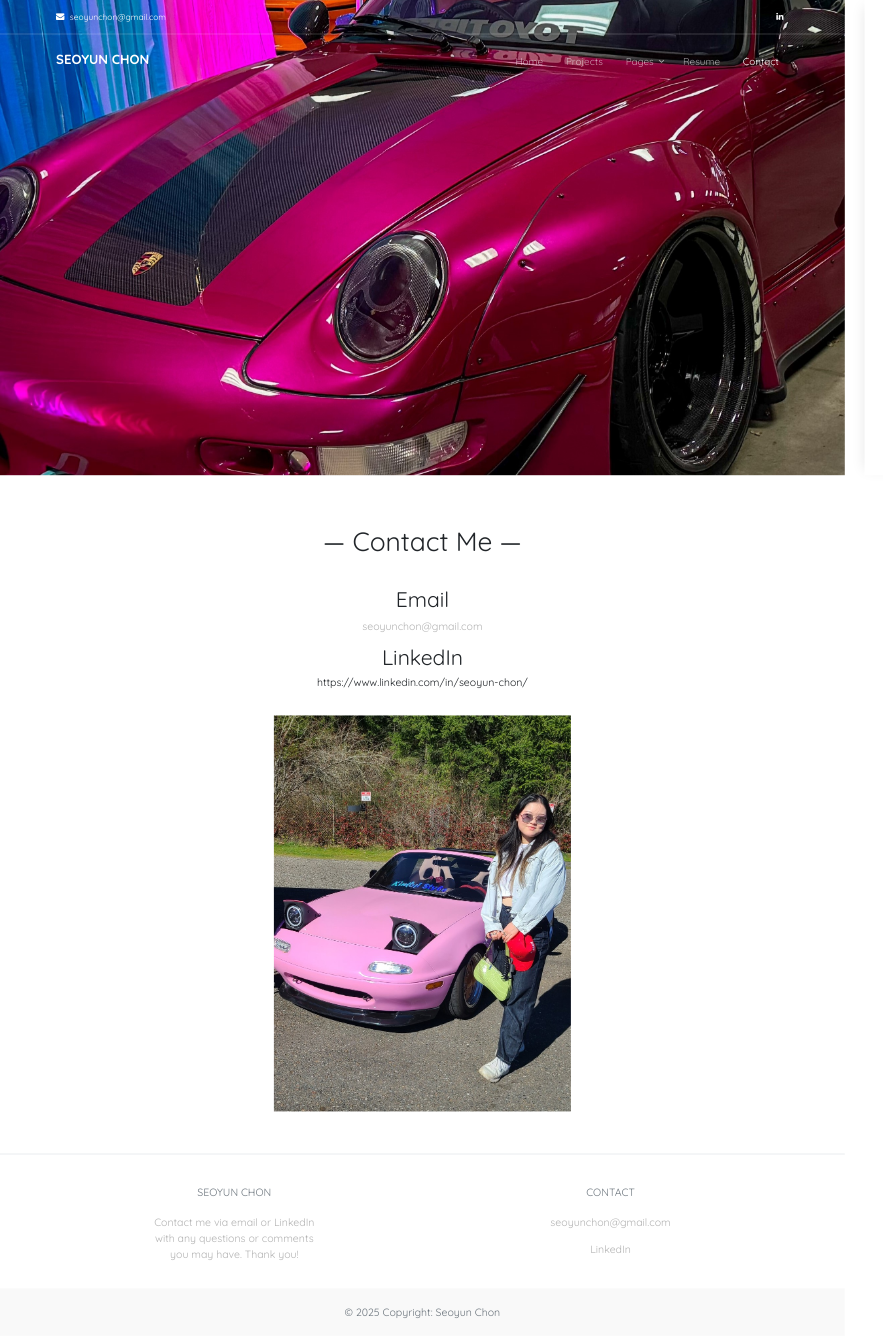
Repository: schon02/seoyun-chon-portfolio
Page: contact_page.html
These files come from the project's save history. The page is drawn as it stood at one moment and after the next save; the edit follows.
The browser window is 1280 px wide. The page is 1338 px wide, so the pictures cover 1338 px, including what lies to the right of the window. The pictures show the whole page, at 66% of full size.

Above is the page before, as saved 2025-01-26 19:57:42.

### contact_page.html
<!DOCTYPE html>
<html>
    <head>
        <!-- <link href="style.css" rel="stylesheet" /> -->
        <!-- Required meta tags -->
        <meta charset="utf-8">
        <meta name="viewport" content="width=device-width, initial-scale=1, shrink-to-fit=no">

        <link href="https://fonts.googleapis.com/css?family=Quicksand:400,600,700&display=swap" rel="stylesheet">

        <link rel="stylesheet" href="fonts/icomoon/style.css">

        <link rel="stylesheet" href="css/owl.carousel.min.css">

        <!-- Bootstrap CSS -->
        <link rel="stylesheet" href="css/bootstrap.min.css">

        <!-- Style -->
        <link rel="stylesheet" href="css/style.css">

        <title>Contact Page</title>
    </head>

    <body>
        <!-- <header>
            <nav>
                <ul>
                    <li><a href="index.html">Home</a></li>
                    <li><a href="services_page.html">Services</a></li>
                    <li><a class="active" href="contact_page.html">Contact</a></li>
                </ul>
            </nav>
        </header> -->


        <div class="site-mobile-menu site-navbar-target">
            <div class="site-mobile-menu-header">
              <div class="site-mobile-menu-close mt-3">
                <span class="icon-close2 js-menu-toggle"></span>
              </div>
            </div>
            <div class="site-mobile-menu-body"></div>
          </div> <!-- .site-mobile-menu -->

        <div class="site-navbar-wrap">
            <div class="site-navbar-top">
              <div class="container py-3">
                <div class="row align-items-center">
                  <div class="col-6">
                    <div class="d-flex mr-auto">
                      <a href="#" class="d-flex align-items-center mr-4">
                        <span class="icon-envelope mr-2"></span>
                        <span class="d-none d-md-inline-block">seoyunchon@gmail.com</span>
                      </a>
                      <!-- <a href="#" class="d-flex align-items-center mr-auto">
                        <span class="icon-phone mr-2"></span>
                        <span class="d-none d-md-inline-block">+1 234 4567 8910</span>
                      </a> -->
                    </div>
                  </div>
                  <div class="col-6 text-right">
                    <div class="mr-auto">
                      <!-- <a href="#" class="p-2 pl-0"><span class="icon-twitter"></span></a> -->
                      <!-- <a href="#" class="p-2 pl-0"><span class="icon-facebook"></span></a> -->
                      <a href="https://www.linkedin.com/in/seoyun-chon/" class="p-2 pl-0"><span class="icon-linkedin"></span></a>
                      <!-- <a href="#" class="p-2 pl-0"><span class="icon-instagram"></span></a> -->
                    </div>

                  </div>
                </div>
              </div>
            </div>

            <div class="site-navbar site-navbar-target js-sticky-header">
              <div class="container">
                <div class="row align-items-center">
                  <div class="col-2">
                    <h1 class="my-0 site-logo"><a href="index.html">Seoyun&nbsp;Chon</a></h1>
                  </div>
                  <div class="col-10">
                    <nav class="site-navigation text-right" role="navigation">
                      <div class="container">
                        <div class="d-inline-block d-lg-none ml-md-0 mr-auto py-3"><a href="#" class="site-menu-toggle js-menu-toggle text-white"><span class="icon-menu h3"></span></a></div>

                        <ul class="site-menu main-menu js-clone-nav d-none d-lg-block">
                          <li><a href="index.html" class="nav-link">Home</a></li>
                          <li><a href="projects_page.html" class="nav-link">Projects</a></li>
                          <li class="has-children">
                            <a href="#" class="nav-link">Pages</a>
                            <ul class="dropdown arrow-top">
                              <li><a href="#" class="nav-link">Team</a></li>
                              <li><a href="#" class="nav-link">Pricing</a></li>
                              <li><a href="#" class="nav-link">FAQ</a></li>
                              <li class="has-children">
                                <a href="#">More Links</a>
                                <ul class="dropdown">
                                  <li><a href="#">Menu One</a></li>
                                  <li><a href="#">Menu Two</a></li>
                                  <li><a href="#">Menu Three</a></li>
                                </ul>
                              </li>
                            </ul>
                          </li>
                          <!-- <li><a href="#about-section" class="nav-link">About</a></li> -->
                          <li><a href="resume_page.html" class="nav-link">Resume</a></li>
                          <!-- <li><a href="#gallery-section" class="nav-link">Gallery</a></li> -->
                          <li class="active"><a href="contact_page.html" class="active">Contact</a></li>
                        </ul>
                      </div>
                    </nav>
                  </div>
                </div>
              </div>
            </div>
          </div>

          <div class="hero" style="background-image: url('images/rwb.JPG');"></div>

        <!-- <div class="contactImage">
            <div class="welcomeText">
                <h1>Contact</h1>
            </div>
        </div> -->

        <div class="text-center" style="padding-top: 2cm;">
            <h1>— Contact Me —</h1>
            <h2 style="padding-top: 1cm;">Email</h2>
            <p>seoyunchon@gmail.com</p>
            <h2>LinkedIn</h2>
            <a href="https://www.linkedin.com/in/seoyun-chon/" class="text-reset"> https://www.linkedin.com/in/seoyun-chon/ </a>
            <!-- <h2>Order-Specific Emails</h2>
            <p>orders@domain.com</p>
            <p>returns@domain.com</p> -->
            <p><img src="images/pink_miata.JPEG"
                 style="width:450px; padding-top: 1cm;"></p>
        </div>

    <script src="js/jquery-3.3.1.min.js"></script>
    <script src="js/popper.min.js"></script>
    <script src="js/bootstrap.min.js"></script>
    <script src="js/jquery.sticky.js"></script>
    <script src="js/main.js"></script>

    </body>


<!-- Footer -->
<footer class="text-center text-lg-start bg-white text-muted">

  <section class="d-flex justify-content-center justify-content-lg-between p-4 border-bottom">
  </section>

  <!-- Section: Links  -->
  <section class="">
    <div class="container text-center text-md-start mt-5">
      <!-- Grid row -->
      <div class="row mt-3">
        <!-- Grid column -->
        <div class="col-md-3 col-lg-4 col-xl-3 mx-auto mb-4">
          <!-- Content -->
          <h6 class="text-uppercase fw-bold mb-4">
            <i class="fas fa-gem me-3 text-secondary"></i>Seoyun Chon
          </h6>
          <p>
            Contact me via email or LinkedIn with any questions or comments you may have. Thank you!
          </p>
        </div>
        <!-- Grid column -->

        <!-- Grid column -->
        <div class="col-md-4 col-lg-3 col-xl-3 mx-auto mb-md-0 mb-4">
          <!-- Links -->
          <h6 class="text-uppercase fw-bold mb-4">Contact</h6>
          <p><i class="fas fa-home me-3 text-secondary"></i> seoyunchon@gmail.com</p>
          <p>
            <i class="fas fa-envelope me-3 text-secondary"></i>
            <a href="https://www.linkedin.com/in/seoyun-chon/" class="text-reset"> LinkedIn </a>
          </p>
        </div>
        <!-- Grid column -->
      </div>
      <!-- Grid row -->
    </div>
  </section>
  <!-- Section: Links  -->

  <!-- Copyright -->
  <div class="text-center p-4" style="background-color: rgba(0, 0, 0, 0.025);">
    © 2025 Copyright:
    <a class="text-reset fw-bold" href="https://mdbootstrap.com/">Seoyun Chon</a>
  </div>
  <!-- Copyright -->
</footer>
<!-- Footer -->


</html>

### css/style.css
body {
  font-family: "Quicksand", -apple-system, BlinkMacSystemFont, "Segoe UI", Roboto, "Helvetica Neue", Arial, "Noto Sans", sans-serif, "Apple Color Emoji", "Segoe UI Emoji", "Segoe UI Symbol", "Noto Color Emoji";
  background-color: #fff;
  height: 200vh;
  position: relative; }
  body:before {
    content: "";
    position: absolute;
    top: 0;
    left: 0;
    right: 0;
    bottom: 0;
    background: rgba(0, 0, 0, 0.5);
    -webkit-transition: .3s all ease;
    -o-transition: .3s all ease;
    transition: .3s all ease;
    opacity: 0;
    visibility: hidden;
    z-index: 1; }
  body.offcanvas-menu:before {
    opacity: 1;
    z-index: 1002;
    visibility: visible; }

p {
  color: #b3b3b3;
  font-weight: 300; }

h1, h2, h3, h4, h5, h6,
.h1, .h2, .h3, .h4, .h5, .h6 {
  font-family: "Quicksand", -apple-system, BlinkMacSystemFont, "Segoe UI", Roboto, "Helvetica Neue", Arial, "Noto Sans", sans-serif, "Apple Color Emoji", "Segoe UI Emoji", "Segoe UI Symbol", "Noto Color Emoji"; }

h5 {
  margin: 0 auto; /* center element horizontally */
  text-align: center;
  width: 60%;
  color: #666;
  /* overflow: hidden; */
  /* text-overflow: ellipsis; */
  /* white-space: nowrap; */
  /* background:#666; */
}

a {
  -webkit-transition: .3s all ease;
  -o-transition: .3s all ease;
  transition: .3s all ease; }
  a, a:hover {
    text-decoration: none !important; }

.hero {
  height: 100vh;
  width: 100%;
  background-size: cover;
  background-position: center center;
  background-repeat: no-repeat; }

.site-navbar-wrap {
  position: absolute;
  z-index: 99;
  width: 100%;
  left: 0; }
  .site-navbar-wrap a {
    color: #fff; }
  .site-navbar-wrap .site-navbar-top {
    font-size: 0.8rem; }

.site-navbar-top {
  border-bottom: 1px solid rgba(255, 255, 255, 0.4); }

.site-navbar {
  margin-bottom: 0px;
  width: 100%; }
  .site-navbar .site-logo {
    font-weight: 200;
    line-height: 0;
    top: -7px;
    position: relative; }
    .site-navbar .site-logo a {
      font-weight: 200;
      color: #fff;
      font-size: 20px;
      font-weight: bold;
      text-transform: uppercase; }
  .site-navbar .site-navigation .site-menu {
    margin-bottom: 0; }
    .site-navbar .site-navigation .site-menu a {
      text-decoration: none !important;
      display: inline-block;
      font-weight: 500; }
    .site-navbar .site-navigation .site-menu > li {
      display: inline-block;
      padding: 10px 5px; }
      .site-navbar .site-navigation .site-menu > li > a {
        padding: 20px 10px;
        color: rgba(255, 255, 255, 0.6);
        font-size: 15px;
        text-decoration: none !important; }
        .site-navbar .site-navigation .site-menu > li > a.active {
          color: #fff; }
        .site-navbar .site-navigation .site-menu > li > a:hover {
          color: #fff; }
      .site-navbar .site-navigation .site-menu > li:last-child {
        padding-right: 0; }
        .site-navbar .site-navigation .site-menu > li:last-child > a {
          padding-right: 0; }
    .site-navbar .site-navigation .site-menu .has-children {
      position: relative; }
      .site-navbar .site-navigation .site-menu .has-children > a {
        position: relative;
        padding-right: 20px; }
        .site-navbar .site-navigation .site-menu .has-children > a:before {
          position: absolute;
          content: "\e313";
          font-size: 16px;
          top: 50%;
          right: 0;
          -webkit-transform: translateY(-50%);
          -ms-transform: translateY(-50%);
          transform: translateY(-50%);
          font-family: 'icomoon'; }
      .site-navbar .site-navigation .site-menu .has-children .dropdown {
        visibility: hidden;
        opacity: 0;
        top: 100%;
        position: absolute;
        text-align: left;
        -webkit-box-shadow: 0 0px 4px 0px rgba(0, 0, 0, 0.25);
        box-shadow: 0 0px 4px 0px rgba(0, 0, 0, 0.25);
        padding: 0px 0;
        margin-top: 20px;
        margin-left: 0px;
        background: #fff;
        -webkit-transition: 0.2s 0s;
        -o-transition: 0.2s 0s;
        transition: 0.2s 0s;
        border-radius: 4px; }
        .site-navbar .site-navigation .site-menu .has-children .dropdown.arrow-top {
          position: absolute; }
          .site-navbar .site-navigation .site-menu .has-children .dropdown.arrow-top:before {
            bottom: 100%;
            left: 20%;
            border: solid transparent;
            content: " ";
            height: 0;
            width: 0;
            position: absolute;
            pointer-events: none; }
          .site-navbar .site-navigation .site-menu .has-children .dropdown.arrow-top:before {
            border-color: rgba(136, 183, 213, 0);
            border-bottom-color: #fff;
            border-width: 10px;
            margin-left: -10px; }
        .site-navbar .site-navigation .site-menu .has-children .dropdown a {
          font-size: 14px;
          text-transform: none;
          letter-spacing: normal;
          -webkit-transition: 0s all;
          -o-transition: 0s all;
          transition: 0s all;
          color: #343a40; }
          .site-navbar .site-navigation .site-menu .has-children .dropdown a.active {
            color: black; }
        .site-navbar .site-navigation .site-menu .has-children .dropdown .active > a {
          color: #fff !important; }
        .site-navbar .site-navigation .site-menu .has-children .dropdown > li {
          list-style: none;
          padding: 0;
          margin: 0;
          min-width: 200px; }
          .site-navbar .site-navigation .site-menu .has-children .dropdown > li:first-child > a {
            border-top-left-radius: 4px;
            border-top-right-radius: 4px; }
          .site-navbar .site-navigation .site-menu .has-children .dropdown > li:last-child > a {
            border-bottom-left-radius: 4px;
            border-bottom-right-radius: 4px; }
          .site-navbar .site-navigation .site-menu .has-children .dropdown > li > a {
            padding: 9px 20px;
            display: block; }
            .site-navbar .site-navigation .site-menu .has-children .dropdown > li > a:hover {
              background: #ebeef0;
              color: #212529; }
          .site-navbar .site-navigation .site-menu .has-children .dropdown > li.has-children > a:before {
            content: "\e315";
            right: 20px; }
          .site-navbar .site-navigation .site-menu .has-children .dropdown > li.has-children > .dropdown, .site-navbar .site-navigation .site-menu .has-children .dropdown > li.has-children > ul {
            left: 100%;
            top: 0; }
          .site-navbar .site-navigation .site-menu .has-children .dropdown > li.has-children:hover > a, .site-navbar .site-navigation .site-menu .has-children .dropdown > li.has-children:active > a, .site-navbar .site-navigation .site-menu .has-children .dropdown > li.has-children:focus > a {
            background: #ebeef0;
            color: #212529; }
      .site-navbar .site-navigation .site-menu .has-children:hover > a, .site-navbar .site-navigation .site-menu .has-children:focus > a, .site-navbar .site-navigation .site-menu .has-children:active > a {
        color: #fff; }
      .site-navbar .site-navigation .site-menu .has-children:hover, .site-navbar .site-navigation .site-menu .has-children:focus, .site-navbar .site-navigation .site-menu .has-children:active {
        cursor: pointer; }
        .site-navbar .site-navigation .site-menu .has-children:hover > .dropdown, .site-navbar .site-navigation .site-menu .has-children:focus > .dropdown, .site-navbar .site-navigation .site-menu .has-children:active > .dropdown {
          -webkit-transition-delay: 0s;
          -o-transition-delay: 0s;
          transition-delay: 0s;
          margin-top: 0px;
          visibility: visible;
          opacity: 1; }

.site-mobile-menu {
  width: 300px;
  position: fixed;
  right: 0;
  z-index: 2000;
  padding-top: 20px;
  background: #fff;
  height: calc(100vh);
  -webkit-transform: translateX(110%);
  -ms-transform: translateX(110%);
  transform: translateX(110%);
  -webkit-box-shadow: -10px 0 20px -10px rgba(0, 0, 0, 0.1);
  box-shadow: -10px 0 20px -10px rgba(0, 0, 0, 0.1);
  -webkit-transition: .3s all ease-in-out;
  -o-transition: .3s all ease-in-out;
  transition: .3s all ease-in-out; }
  .offcanvas-menu .site-mobile-menu {
    -webkit-transform: translateX(0%);
    -ms-transform: translateX(0%);
    transform: translateX(0%); }
  .site-mobile-menu .site-mobile-menu-header {
    width: 100%;
    float: left;
    padding-left: 20px;
    padding-right: 20px; }
    .site-mobile-menu .site-mobile-menu-header .site-mobile-menu-close {
      float: right;
      margin-top: 8px; }
      .site-mobile-menu .site-mobile-menu-header .site-mobile-menu-close span {
        font-size: 30px;
        display: inline-block;
        padding-left: 10px;
        padding-right: 0px;
        line-height: 1;
        cursor: pointer;
        -webkit-transition: .3s all ease;
        -o-transition: .3s all ease;
        transition: .3s all ease; }
        .site-mobile-menu .site-mobile-menu-header .site-mobile-menu-close span:hover {
          color: #dee2e6; }
    .site-mobile-menu .site-mobile-menu-header .site-mobile-menu-logo {
      float: left;
      margin-top: 10px;
      margin-left: 0px; }
      .site-mobile-menu .site-mobile-menu-header .site-mobile-menu-logo a {
        display: inline-block;
        text-transform: uppercase; }
        .site-mobile-menu .site-mobile-menu-header .site-mobile-menu-logo a img {
          max-width: 70px; }
        .site-mobile-menu .site-mobile-menu-header .site-mobile-menu-logo a:hover {
          text-decoration: none; }
  .site-mobile-menu .site-mobile-menu-body {
    overflow-y: scroll;
    -webkit-overflow-scrolling: touch;
    position: relative;
    padding: 20px;
    height: calc(100vh - 52px);
    padding-bottom: 150px; }
  .site-mobile-menu .site-nav-wrap {
    padding: 0;
    margin: 0;
    list-style: none;
    position: relative; }
    .site-mobile-menu .site-nav-wrap a {
      padding: 10px 20px;
      display: block;
      position: relative;
      color: #212529; }
      .site-mobile-menu .site-nav-wrap a.active, .site-mobile-menu .site-nav-wrap a:hover {
        color: black; }
    .site-mobile-menu .site-nav-wrap li {
      position: relative;
      display: block; }
      .site-mobile-menu .site-nav-wrap li.active > a {
        color: black; }
    .site-mobile-menu .site-nav-wrap .arrow-collapse {
      position: absolute;
      right: 0px;
      top: 10px;
      z-index: 20;
      width: 36px;
      height: 36px;
      text-align: center;
      cursor: pointer;
      border-radius: 50%; }
      .site-mobile-menu .site-nav-wrap .arrow-collapse:hover {
        background: #f8f9fa; }
      .site-mobile-menu .site-nav-wrap .arrow-collapse:before {
        font-size: 12px;
        z-index: 20;
        font-family: "icomoon";
        content: "\f078";
        position: absolute;
        top: 50%;
        left: 50%;
        -webkit-transform: translate(-50%, -50%) rotate(-180deg);
        -ms-transform: translate(-50%, -50%) rotate(-180deg);
        transform: translate(-50%, -50%) rotate(-180deg);
        -webkit-transition: .3s all ease;
        -o-transition: .3s all ease;
        transition: .3s all ease; }
      .site-mobile-menu .site-nav-wrap .arrow-collapse.collapsed:before {
        -webkit-transform: translate(-50%, -50%);
        -ms-transform: translate(-50%, -50%);
        transform: translate(-50%, -50%); }
    .site-mobile-menu .site-nav-wrap > li {
      display: block;
      position: relative;
      float: left;
      width: 100%; }
      .site-mobile-menu .site-nav-wrap > li > a {
        padding-left: 20px;
        font-size: 20px; }
      .site-mobile-menu .site-nav-wrap > li > ul {
        padding: 0;
        margin: 0;
        list-style: none; }
        .site-mobile-menu .site-nav-wrap > li > ul > li {
          display: block; }
          .site-mobile-menu .site-nav-wrap > li > ul > li > a {
            padding-left: 40px;
            font-size: 16px; }
          .site-mobile-menu .site-nav-wrap > li > ul > li > ul {
            padding: 0;
            margin: 0; }
            .site-mobile-menu .site-nav-wrap > li > ul > li > ul > li {
              display: block; }
              .site-mobile-menu .site-nav-wrap > li > ul > li > ul > li > a {
                font-size: 16px;
                padding-left: 60px; }

.sticky-wrapper {
  position: absolute;
  z-index: 100;
  width: 100%; }
  .sticky-wrapper + .site-blocks-cover {
    margin-top: 96px; }
  .sticky-wrapper .site-navbar {
    -webkit-transition: .3s all ease;
    -o-transition: .3s all ease;
    transition: .3s all ease; }
    .sticky-wrapper .site-navbar ul li.active a {
      color: #fff; }
  .sticky-wrapper.is-sticky .site-navbar {
    background-color: black; }
    .sticky-wrapper.is-sticky .site-navbar .site-navigation .site-menu > li {
      display: inline-block;
      padding: 10px 5px; }
      .sticky-wrapper.is-sticky .site-navbar .site-navigation .site-menu > li:last-child {
        padding-right: 0; }
        .sticky-wrapper.is-sticky .site-navbar .site-navigation .site-menu > li:last-child > a {
          padding-right: 0; }
      .sticky-wrapper.is-sticky .site-navbar .site-navigation .site-menu > li.has-children > a {
        padding-right: 20px; }
      .sticky-wrapper.is-sticky .site-navbar .site-navigation .site-menu > li > a {
        padding: 10px 10px;
        color: rgba(255, 255, 255, 0.6);
        font-size: 15px; }
        .sticky-wrapper.is-sticky .site-navbar .site-navigation .site-menu > li > a:hover {
          color: #fff !important; }
        .sticky-wrapper.is-sticky .site-navbar .site-navigation .site-menu > li > a.active {
          color: #fff !important; }
      .sticky-wrapper.is-sticky .site-navbar .site-navigation .site-menu > li.active a {
        color: #fff; }





/* ---------------------stuff for text columns --------------------------- */

* {
  box-sizing: border-box;
}

/* Create two unequal columns that floats next to each other */
.column {
  float: left;
  padding: 10px;
}

.left {
  width: 35%;
}

.right {
  width: 65%;
}

/* Clear floats after the columns */
.row:after {
  content: "";
  display: table;
  clear: both;
}


/* ---------------------stuff for image gallery --------------------------- */

div.gallery {
  border: 1px solid rgb(255, 255, 255);
}

div.gallery:hover {
  border: 1px solid rgb(228, 228, 228);
}

div.gallery img {
  width: 100%;
  height: auto;
}

div.desc {
  padding: 15px;
  text-align: center;
}

* {
  box-sizing: border-box;
}

.responsive {
  padding: 0 6px;
  float: left;
  width: 24.99999%;
}

@media only screen and (max-width: 700px) {
  .responsive {
    width: 100%;
    margin: 6px 0;
  }
}

@media only screen and (max-width: 500px) {
  .responsive {
    width: 100%;
  }
}

.clearfix:after {
  content: "";
  display: table;
  clear: both;
}

Loaded but not shown: fonts/icomoon/style.css (common file); css/owl.carousel.min.css (library); css/bootstrap.min.css (library); js/jquery-3.3.1.min.js (library); js/popper.min.js (library); js/bootstrap.min.js (library); js/jquery.sticky.js (library); js/main.js (87 lines, source omitted)

After the next save:
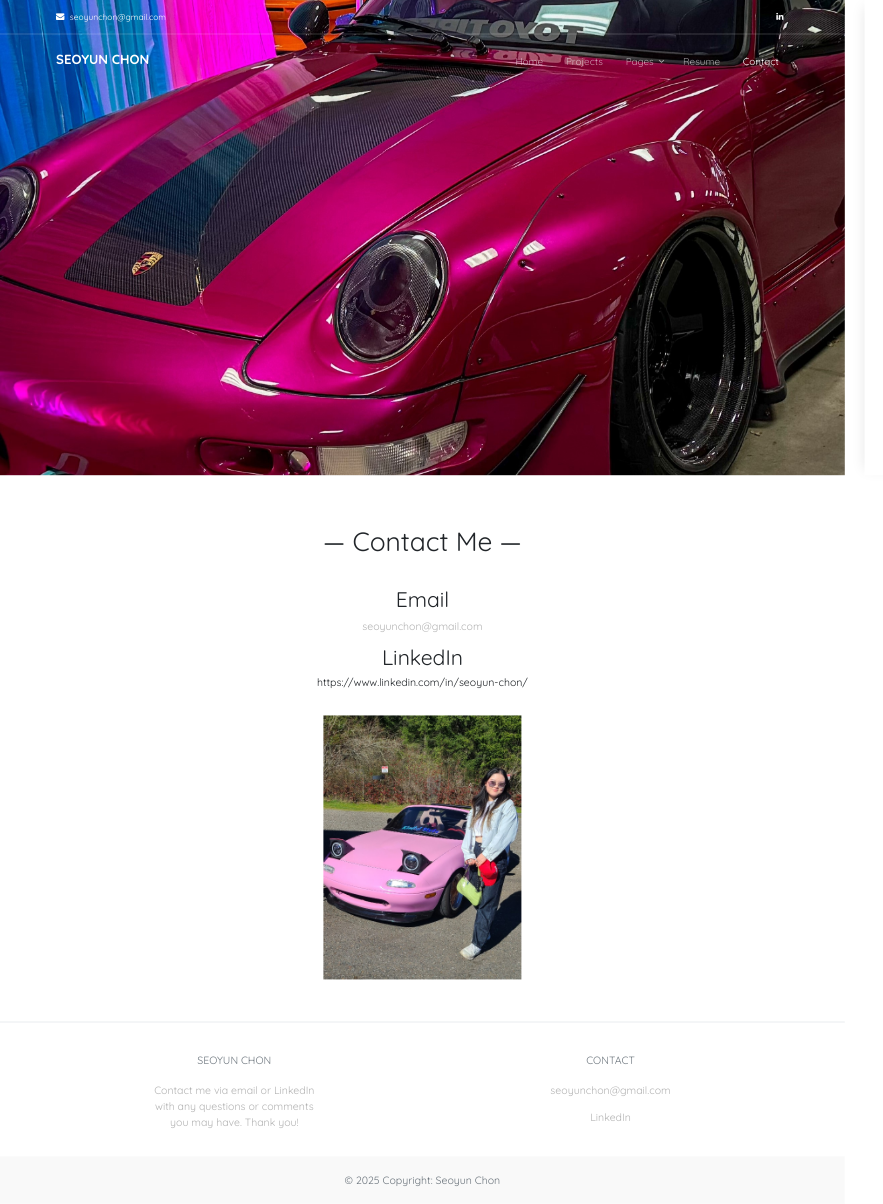
Saved 21 s later.
--- a/contact_page.html
+++ b/contact_page.html
@@ -132,7 +132,7 @@
             <p>orders@domain.com</p>
             <p>returns@domain.com</p> -->
             <p><img src="images/pink_miata.JPEG"
-                 style="width:450px; padding-top: 1cm;"></p>
+                 style="width:300px; padding-top: 1cm;"></p>
         </div>
 
     <script src="js/jquery-3.3.1.min.js"></script>
